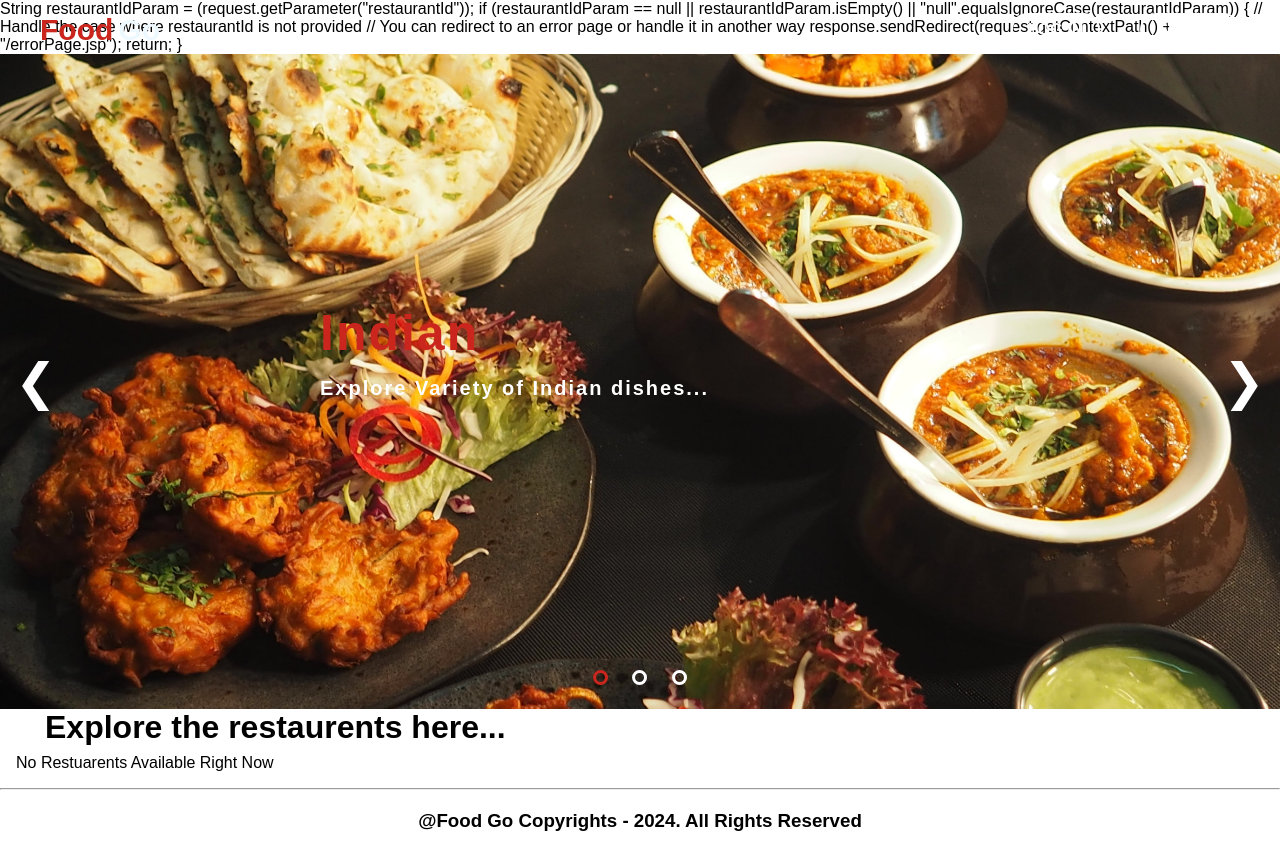
Repository: SWATHIBHUMA/FoodDelivaryApp
Page: http://localhost/FoodDelivaryApp/
An editor plug-in stored every save of this project. The page is shown before and after the next save, followed by the edit.
The browser window is 1280 px wide. The pictures show the whole page.
The page is served by Tomcat 9. Other server files are loaded and not shown. The template is opened directly, without the code that normally fills it, so the values that code supplies are empty.

Above is the page before, as saved 2024-01-14 08:05:40.

### FoodDelivaryApp/src/main/webapp/Restaurents.jsp
<%@ page language="java" contentType="text/html; charset=UTF-8"
	pageEncoding="UTF-8"%>
<%@ page import="java.util.List" %>
<%@ page import="com.foodDelivaryApp.model.Restaurent" %>

String restaurantIdParam = (request.getParameter("restaurantId"));
if (restaurantIdParam == null || restaurantIdParam.isEmpty() || "null".equalsIgnoreCase(restaurantIdParam)) {
            // Handle the case where restaurantId is not provided
            // You can redirect to an error page or handle it in another way
            response.sendRedirect(request.getContextPath() + "/errorPage.jsp");
            return;
        }

<!DOCTYPE html>
<html>
<head>
<meta charset="UTF-8">
<title>Restaurent</title>
<link rel="stylesheet" href="CSS/restaurent.css" type="text/css">
</head>
<body>
	<header>
    		<div id="logo">Food<span id="logo-s">Go</span></div>
            <% String username = (String) session.getAttribute("username"); %>
            <% if (!(username==null) && !username.isEmpty()) { %>
               <div id="logo-1">Welcome
               <a href="<%= request.getContextPath() %>/UserServlet?action=logout"><span id="logo-s-1"><%= username %></span></a></div>
               <span class="sign"><a class="act" href="checkout.jsp">View Cart</a></span>
            <% } else { %>
                <span class="sign"><a class="act" href="signUp.jsp">SIGN UP</a></span>
                <span class="sign"><a class="act" href="login.jsp">LOG IN</a></span>
            <% } %>
	</header>
	<div class="slider">
		<div class="myslide fade">
			<div class="txt">
				<h1>Indian</h1>
				<p>Explore Variety of Indian dishes...</p>
			</div>
			<img src="images/pexels-chan-walrus-958545.jpg" style="width: 100%; height: 100%;" id="img1">
		</div>

		<div class="myslide fade">
			<div class="txt">
				<h1>Cuisine</h1>
				<p>Explore international cuisines...</p>
			</div>
			<img src="images/fresh-gourmet-meal-beef-taco-salad-plate-generated-by-ai.jpg" style="width: 100%; height: 100%;" id="img1">
		</div>

		<div class="myslide fade">
			<div class="txt">
				<h1>Burgers</h1>
				<p>Explore variety of burgers...</p>
			</div>
			<img src="images/pexels-rajesh-tp-1600727.jpg" alt="Restaurant Image" style="width: 100%; height: 100%;" id="img1">
		</div>
		<a class="prev" onclick="plusSlides(-1)">&#10094;</a> <a class="next"

			onclick="plusSlides(1)">&#10095;</a>

		<div class="dotsbox" style="text-align: center">
			<span class="dot" onclick="currentSlide(1)"></span> <span class="dot"
				onclick="currentSlide(2)"></span> <span class="dot"
				onclick="currentSlide(3)"></span>
		</div>
	</div>

	<div class="rest">
		<h1>Explore the restaurents here...</h1>
	</div>

	<!--Cards-Container-->
	<div class="container">
	<%
		List<Restaurent> resItem = (List<Restaurent>)request.getAttribute("resItem");
		if (resItem == null) {
	    	out.println("No Restuarents Available Right Now");
	    	System.out.println("resItems is null");
		}
		else {
			for(Restaurent res : resItem){
	%>
			<div class="card" id="restaurant1">
				<a href="Menus?restaurantId=<%= res.getRestaurentid()%>">
					<img class= "card-image" src=<%=res.getImagePath() %> alt="Restaurant Image">
					<div class="card-content">
						<h4><%= res.getName() %> <span>&#x2B50; <%= res.getRating() %></span></h4>
						<p>Cuisine: <%= res.getCuisinetype() %></p>
						<p>&#x1F4CD;<%= res.getAddress() %></p>
					</div>
				 </a>
			</div>
		<%
			}}
		%>
		</div>
	<script src="JS/restaurent.js"></script>
	<footer>
		<hr>
		<h3 id="footer">@Food Go Copyrights - 2024. All Rights Reserved</h3>
	</footer>
</body>
</html>

### FoodDelivaryApp/src/main/webapp/CSS/restaurent.css
@charset "UTF-8";

* {
	margin: 0;
	padding: 0;
	box-sizing: border-box;
	font-family: sans-serif;
}

header {
	height: 60px;
	width: 100%;
	position: absolute;
	top: 0;
	z-index: 2;
}

#logo {
	line-height: 60px;
	margin-left: 40px;
	display: inline-block;
	cursor: pointer;
	font-size: 30px;
	font-weight: bold;
	color: #ca261d;
}

#logo:hover {
	color: #eef9ff;
}

#logo-s {
	color: #eef9ff;
	margin-left: 5px;
}

#logo:hover #logo-s {
	color: #ca261d;
}

.sign {
	float: right;
	line-height: 60px;
	margin-right: 40px;
}

.sign a {
	color: #fff;
	font-weight: bold;
	text-decoration: none;
}

.act {
	border: 2px solid #fff;
	border-radius: 50px;
	padding: 6px 15px;
}

.sign a:hover {
	color: #ca261d;
	border-color: #ca261d;
}

#logo-1 {
	line-height: 60px;
    margin-left: 920px;
    display: inline-block;
    cursor: pointer;
    font-size: 30px;
    font-weight: bold;
    color: #ca261d;
}

#logo-1:hover {
    color: #eef9ff;
}

#logo-s-1 {
    color: #eef9ff;
}

#logo-1:hover #logo-s-1 {
    color: #ca261d;
}
a{
	text-decoration: none;
}
.slider {
	position: relative;
	width: 100%;
	background: #2c3e50;
}

.myslide {
	height: 655px;
	display: none;
	overflow: hidden;
}

.prev,
.next {
	position: absolute;
	top: 50%;
	transform: translate(0, -50%);
	font-size: 50px;
	padding: 15px;
	cursor: pointer;
	color: #fff;
	transition: 0.1s;
	user-select: none;
}

.prev:hover,
.next:hover {
	color: #ca261d;
}

.next {
	right: 0;
}

.dotsbox {
	position: absolute;
	left: 50%;
	transform: translate(-50%);
	bottom: 20px;
	cursor: pointer;
}

.dot {
	display: inline-block;
	width: 15px;
	height: 15px;
	border: 3px solid #fff;
	border-radius: 50%;
	margin: 0 10px;
	cursor: pointer;
}

.active,
.dot:hover {
	border-color: #ca261d;
}

.fade {
	-webkit-animation-name: fade;
	-webkit-animation-duration: 1.5s;
	animation-name: fade;
	animation-duration: 1.5s;
}

@-webkit-keyframes fade {
	from {
		opacity: 0.8
	}

	to {
		opacity: 1
	}
}

@keyframes fade {
	from {
		opacity: 0.8
	}

	to {
		opacity: 1
	}
}

.txt {
	position: absolute;
	color: #fff;
	letter-spacing: 2px;
	line-height: 35px;
	top: 40%;
	left: 15%;
	-webkit-animation-name: posi;
	-webkit-animation-duration: 2s;
	animation-name: posi;
	animation-duration: 2s;
	z-index: 1;
}

@-webkit-keyframes posi {
	from {
		left: 25%;
	}

	to {
		left: 15%;
	}
}


@keyframes posi {
	from {
		left: 25%;
	}

	to {
		left: 15%;
	}
}

.txt h1 {
	color: #ca261d;
	font-size: 50px;
	margin-bottom: 20px;
}

.txt p {
	font-weight: bold;
	font-size: 20px;
}

#img1 {
	transform: scale(1.5, 1.5);
	-webkit-animation-name: zoomin;
	-webkit-animation-duration: 40s;
	animation-name: zoomin;
	animation-duration: 40s;
}

@-webkit-keyframes zoomin {
	from {
		transform: scale(1, 1);
	}

	to {
		transform: scale(1.5, 1.5);
	}
}


@keyframes zoomin {
	from {
		transform: scale(1, 1);
	}

	to {
		transform: scale(1.5, 1.5);
	}
}

@media screen and (max-width: 800px) {
	.myslide {
		height: 500px;
	}

	.txt {
		letter-spacing: 2px;
		line-height: 25px;
		top: 50%;
		left: 50%;
		transform: translate(-50%, -50%);
		-webkit-animation-name: posi2;
		-webkit-animation-duration: 2s;
		animation-name: posi2;
		animation-duration: 2s;
	}

	@-webkit-keyframes posi2 {
		from {
			top: 35%;
		}

		to {
			top: 50%;
		}
	}


	@keyframes posi2 {
		from {
			top: 35%;
		}

		to {
			top: 50%;
		}
	}

	.txt h1 {
		font-size: 40px;
	}

	.txt p {
		font-size: 13px;
	}

}

@media screen and (max-width: 520px) {
	.txt h1 {
		font-size: 30px;
		margin-bottom: 20px;
	}

	.sign {
		margin-right: 20px;
	}

	.sign a {
		font-size: 12px;
	}
}
/*****************************heding***************************/
.rest h1 {
	margin-left: 45px;
}

.rest h1:hover {
	color: #ca261d;
}

/*-------------------------------------cards-----------------------------------------

.container {
	display: flex;
	flex-direction: row;
	flex-wrap: wrap;
	gap: 35px;
	justify-content: center;
	align-items: center;
	margin: auto;
	margin-left: 2%;
	margin-top: 15px;
}

.card {
	background-color: #fff;
	border-radius: 10px;
	box-shadow: 0 4px 8px rgba(0, 0, 0, 0.1);
	overflow: hidden;
	transition: transform 0.3s ease-in-out;
	margin-bottom: 20px;
}

.card:hover {
	transform: scale(1.05);
}

/*.card img {
	width: 100%;
	height: 150px;
	object-fit: cover;
	border-bottom: 1px solid #ccc;
}

.card-content {
	padding: 15px;
}


h4 span{
	margin-left: 20px;
}

*/

.container{
	display: grid;
	grid-template-columns: repeat(auto-fit,minmax(250px,1fr));
	gap: 20px;
	padding: 0.5rem 1rem 1rem 1rem;
}

.card{
	background-color: whitesmoke;
	box-shadow: 0 4px 8px rgba(0, 0, 0, 0.1);
	border-radius: 10px;
	position: relative;
	transition: transform 0.3s ease-in-out;
	cursor: pointer;
}

.card:hover{
	transform: scale(1.05);

}
.card-image{
	width: 100%;
	height: 150px;
	object-fit: cover;
	border-radius: 15px;

}

.card-content{
	padding: 12px;
}

.card-content > h4 > span{
	float: right;
}

.card-content > h4{
	color: #ca261d;
}

.card-content > p{
	color: #ca261d;
}


#footer{
	padding: 20px;
	text-align: center;
}

### FoodDelivaryApp/src/main/webapp/JS/restaurent.js
const myslide = document.querySelectorAll('.myslide'),
	  dot = document.querySelectorAll('.dot');
let counter = 1;
slidefun(counter);

let timer = setInterval(autoSlide, 8000);
function autoSlide() {
	counter += 1;
	slidefun(counter);
}
function plusSlides(n) {
	counter += n;
	slidefun(counter);
	resetTimer();
}
function currentSlide(n) {
	counter = n;
	slidefun(counter);
	resetTimer();
}
function resetTimer() {
	clearInterval(timer);
	timer = setInterval(autoSlide, 8000);
}

function slidefun(n) {

	let i;
	for(i = 0;i<myslide.length;i++){
		myslide[i].style.display = "none";
	}
	for(i = 0;i<dot.length;i++) {
		dot[i].className = dot[i].className.replace(' active', '');
	}
	if(n > myslide.length){
	   counter = 1;
	   }
	if(n < 1){
	   counter = myslide.length;
	   }
	myslide[counter - 1].style.display = "block";
	dot[counter - 1].className += " active";
}

After the next save:
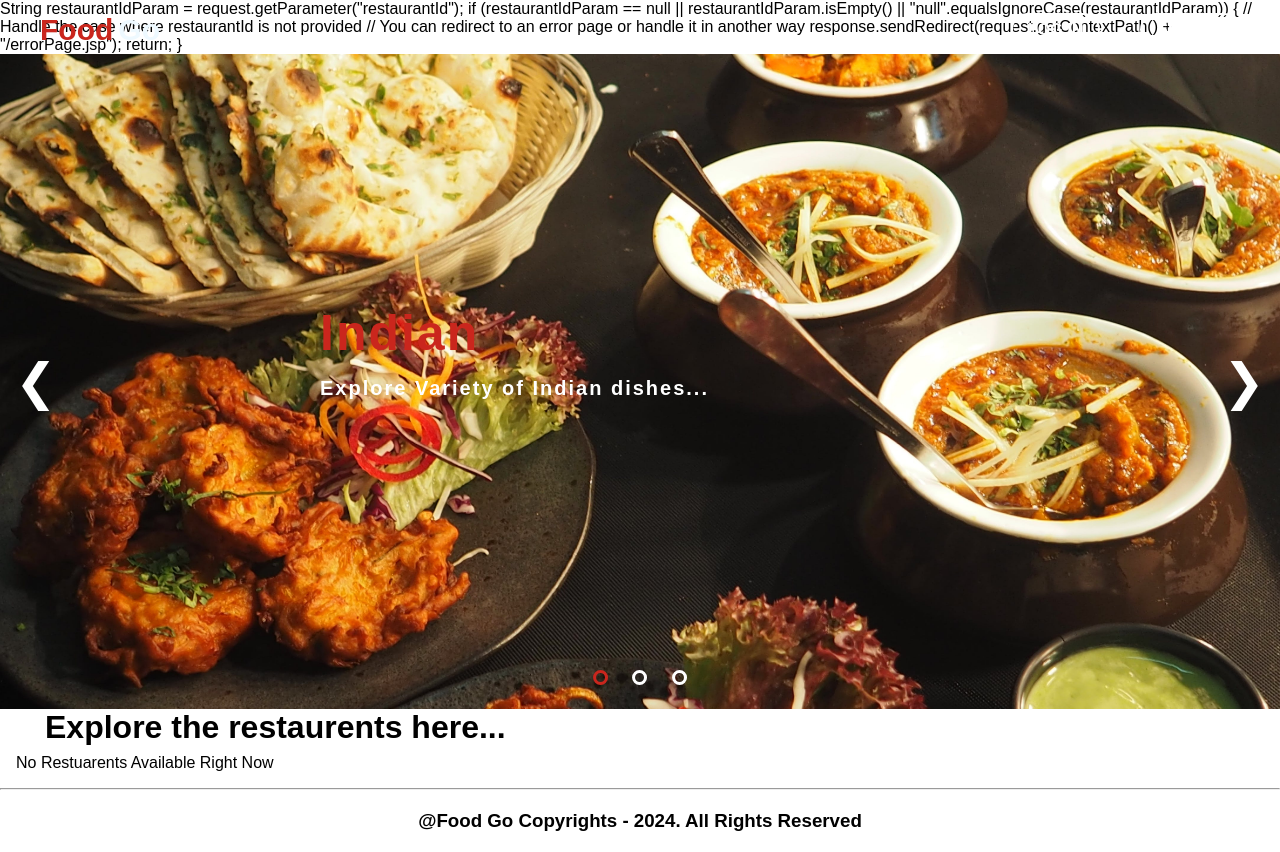
Saved 16 s later.
--- a/FoodDelivaryApp/src/main/webapp/Restaurents.jsp
+++ b/FoodDelivaryApp/src/main/webapp/Restaurents.jsp
@@ -3,7 +3,7 @@
 <%@ page import="java.util.List" %>
 <%@ page import="com.foodDelivaryApp.model.Restaurent" %>
 
-String restaurantIdParam = (request.getParameter("restaurantId"));
+String restaurantIdParam = request.getParameter("restaurantId");
 if (restaurantIdParam == null || restaurantIdParam.isEmpty() || "null".equalsIgnoreCase(restaurantIdParam)) {
             // Handle the case where restaurantId is not provided
             // You can redirect to an error page or handle it in another way
